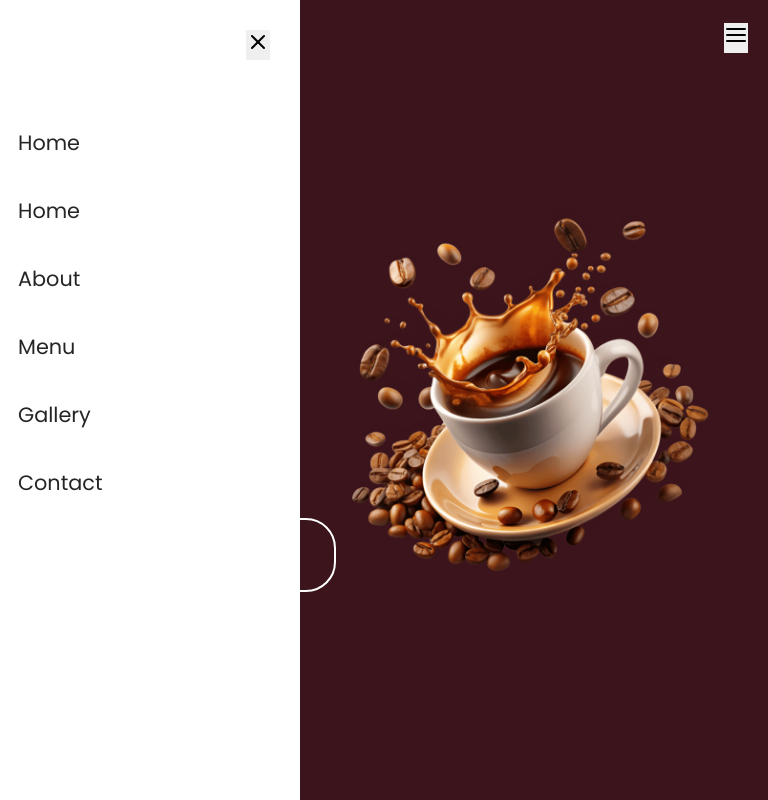
Repository: guilhermecardoso93/coffe-site-vite
Page: /
These files come from the project's save history. The page is drawn as it stood at one moment and after the next save; the edit follows.
The browser window is 768 px wide. The pictures show the whole page.
Some web fonts or font styles are not loaded; a fallback is used. The project was rebuilt for these pictures with package versions that can differ from the ones it lists, and the page was loaded fresh each time. Also part of the build but not shown: vite.config.js.

Above is the page before, as saved 2024-11-18 20:08:01.

### index.html
<!doctype html>
<html lang="en">

<head>
    <meta charset="UTF-8" />
    <link rel="icon" type="image/svg+xml" href="/vite.svg" />
    <link rel="preconnect" href="https://fonts.googleapis.com">
    <link rel="preconnect" href="https://fonts.gstatic.com" crossorigin>
    <link href="https://fonts.googleapis.com/css2?family=Miniver&family=Poppins:ital,wght@0,100;0,200;0,300;0,400;0,500;0,600;0,700;0,800;0,900;1,100;1,200;1,300;1,400;1,500;1,600;1,700;1,800;1,900&display=swap" rel="stylesheet">
    <meta name="viewport" content="width=device-width, initial-scale=1.0" />
    <title>Coffee WebSite</title>
</head>

<body>
    <div id="root"></div>
    <script type="module" src="/src/main.jsx"></script>
</body>

</html>

### src/main.jsx
import { StrictMode } from "react";
import { createRoot } from "react-dom/client";
import { App } from "./App.jsx";

import "./index.css";

createRoot(document.getElementById("root")).render(
  <StrictMode>
    <App />
  </StrictMode>
);

### src/App.jsx
import { Navbar } from "./components/Navbar";
import { Hero } from "./components/Hero";

export function App() {
  return (
    <>
      <Navbar />
      <Hero />
    </>
  );
}

### src/index.css
:root {
  font-synthesis: none;
  text-rendering: optimizeLegibility;
  -webkit-font-smoothing: antialiased;
  -moz-osx-font-smoothing: grayscale;

  --white-color: #fff;
  --dark-color: #252525;
  --primary-color: #3b141c;
  --secondary-color: #f3961c;
  --light-pink-color: #faf4f5;
  --medium-gray-color: #ccc;

  --font-size-s: 0.9rem;
  --font-size-n: 1rem;
  --font-size-m: 1.12rem;
  --font-size-l: 1.5rem;
  --font-size-xl: 2rem;
  --font-size-xxl: 2.3rem;

  --font-weight-normal: 400;
  --font-weight-medium: 500;
  --font-weight-semibold: 600;
  --font-weight-bold: 700;

  --border-radius-s: 8px;
  --border-radius-m: 30px;
  --border-radius-circle: 50%;

  --site-max-width: 1300px;
}

* {
  padding: 0;
  margin: 0;
  box-sizing: border-box;
  font-family: "Poppins", sans-serif;
}

ul {
  list-style: none;
}

a {
  text-decoration: none;
}

button {
  cursor: pointer;
  border: none;
  background-color: none;
}

img {
  width: 100%;
}

.section-content {
  margin: 0 auto;
  padding: 0 20px;
  max-width: var(--site-max-width);
}


@media screen and (max-width: 900px) {
  :root {
    --font-size-s: 0.9rem;
    --font-size-n: 1rem;
    --font-size-m: 1rem;
    --font-size-l: 1.3rem;
    --font-size-xl: 1.5rem;
    --font-size-xxl: 1.8rem;
  }
}

### src/components/Navbar/index.jsx
import X from "../../assets/x.svg";
import Menu from "../../assets/menu.svg";
import "./styles.css";

export function Navbar() {
  return (
    <header>
      <nav className="navbar section-content">
        <a href="/" className="nav-logo">
          <h2 className="logo-text">☕Coffee</h2>
        </a>
        <ul className="nav-menu">
          <button id="menu-close-button">
            <img src={X} alt="" />
          </button>
          <li className="nav-item">
            <a href="/" className="nav-link">
              Home
            </a>
          </li>
          <li className="nav-item">
            <a href="/" className="nav-link">
              Home
            </a>
          </li>
          <li className="nav-item">
            <a href="/" className="nav-link">
              About
            </a>
          </li>
          <li className="nav-item">
            <a href="/" className="nav-link">
              Menu
            </a>
          </li>
          <li className="nav-item">
            <a href="/" className="nav-link">
              Gallery
            </a>
          </li>
          <li className="nav-item">
            <a href="/" className="nav-link">
              Contact
            </a>
          </li>
        </ul>
        <button id="menu-open-button">
          <img src={Menu} alt="" />
        </button>
      </nav>
    </header>
  );
}

### src/components/Hero/index.jsx
import heroImg from "../../assets/images/coffee-hero-section.png";
import "./styles.css";

export function Hero() {
  return (
    <main>
      <section className="hero-section">
        <div className="section-content-hero">
          <div className="hero-details">
            <h2 className="title">Best Coffee</h2>
            <h3 className="subtitle">
              Make your day great with our special coffee!
            </h3>
            <p className="description">
              Welcome to uor coffee paradise, where every tells a story end
              every cup sparks joy.
            </p>
            <div className="buttons">
              <a href="#" className="button order-now">
                {" "}
                Order Now
              </a>
              <a href="#" className="button contact-us">
                {" "}
                Contact Now
              </a>
            </div>
          </div>
          <div className="hero-mage-wrapper">
            <img src={heroImg} alt="" className="hero-image" />
          </div>
        </div>
      </section>
    </main>
  );
}

### src/components/Navbar/styles.css
header {
  position: fixed;
  width: 100%;
  z-index: 5;
  background-color: var(--primary-color);
}

header .navbar {
  display: flex;
  align-items: center;
  justify-content: space-between;
  padding: 20px;
}

.navbar .nav-logo .logo-text {
  color: var(--white-color);
  font-size: var(--font-size-xl);
  font-weight: var(--font-weight-semibold);
}

.navbar .nav-menu {
  display: flex;
  gap: 10px;
}

.navbar .nav-menu .nav-link {
  color: var(--white-color);
  padding: 10px 18px;
  background-color: var(--secondary-color);
  border-radius: var(--border-radius-m);
  font-size: var(--font-size-m);
  transition: 0.3s ease;
}

.navbar .nav-menu .nav-link:hover {
  color: var(--primary-color);
  background-color: var(--secondary-color);
}

@media screen and (max-width: 900px) {
  .nav-bar :where(#menu-close-button, #menu-open-button) {
    font-size: var(--font-size-l);
  }

  #menu-close-button {
    position: absolute;
    right: 30px;
    top: 30px;
  }

  .navbar .nav-menu {
    display: block;
    position: fixed;
    left: 0;
    top: 0;
    width: 300px;
    height: 100%;
    align-items: center;
    padding-top: 100px;
    margin: 0 auto;
    background: var(--white-color);
  }

  .navbar .nav-menu .nav-link {
    display: block;
    margin-top: 17px;
    color: var(--dark-color);
    font-size: var(--font-size-l);
    background-color: var(--white-color);
  }
}

### src/components/Hero/styles.css
.hero-section {
  min-height: 100vh;
  background-color: var(--primary-color);
}

.hero-section .section-content-hero {
  display: flex;
  align-items: center;
  min-height: 100vh;
  color: var(--white-color);
  justify-content: space-between;
  padding-top: 5rem;
  margin: 0 auto;
  padding: 0 20px;
  max-width: var(--site-max-width);
}

.hero-section .hero-details .title {
  font-size: var(--font-size-xxl);
  color: var(--secondary-color);
  font-weight: var(--font-weight-bold);
  font-family: "Miniver", sans-serif;
}

.hero-section .hero-details .subtitle {
  font-size: var(--font-size-xl);
  margin-top: 8px;
  max-width: 70%;
  font-weight: var(--font-weight-semibold);
}

.hero-section .hero-details .description {
  max-width: 70%;
  margin: 24px 0 40px;
  font-size: var(--font-size-m);
}

.hero-section .buttons {
  display: flex;
  gap: 23px;
}

.hero-section .hero-details .button {
  padding: 10px 26px;
  color: var(--primary-color);
  border: 2px solid transparent;
  border-radius: var(--border-radius-m);
  background-color: var(--secondary-color);
  font-weight: var(--font-weight-medium);
  transition: 0.3s ease;
}

.hero-section .hero-details .button:hover,
.hero-section .hero-details .contact-us {
  color: var(--white-color);
  border-color: var(--white-color);
  background: transparent;
}

.hero-section .hero-details .contact-us:hover {
  color: var(--primary-color);
  border-color: var(--secondary-color);
  background-color: var(--secondary-color);
}

.hero-mage-wrapper {
  max-width: 500px;
  margin-right: 30px;
}

@media screen and (max-width: 900px) {
  .navbar .nav-menu {
    display: block;
    position: fixed;
    left: 0;
    top: 0;
    width: 300px;
    height: 100%;
    background-color: var(--white-color);
  }
}

After the next save:
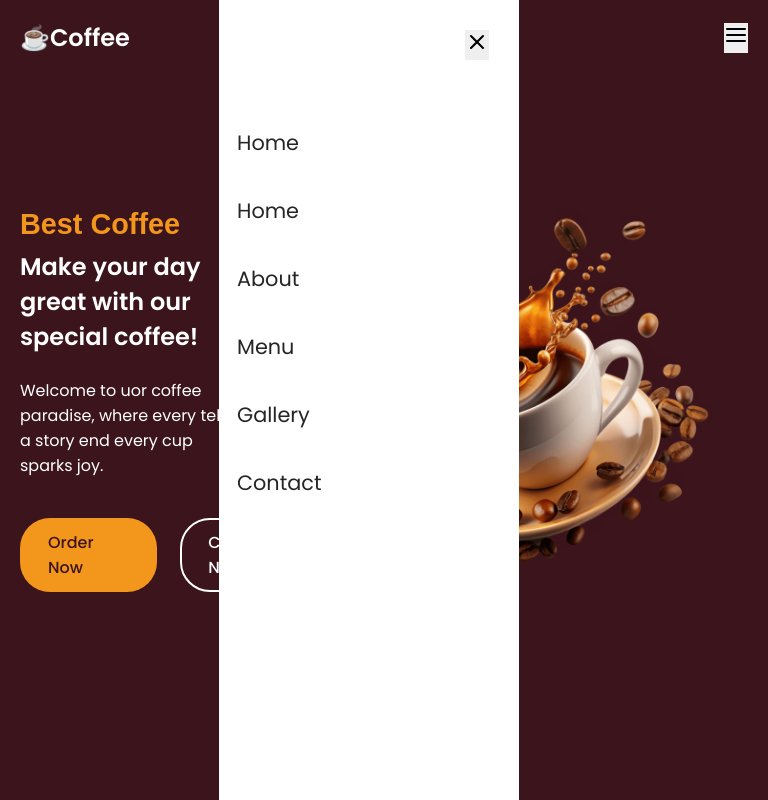
Saved 9 s later.
--- a/src/components/Navbar/styles.css
+++ b/src/components/Navbar/styles.css
@@ -51,8 +51,8 @@
   .navbar .nav-menu {
     display: block;
     position: fixed;
-    left: 0;
-    top: 0;
+    right: 30px;
+    top: 30px;
     width: 300px;
     height: 100%;
     align-items: center;

After the save that followed:
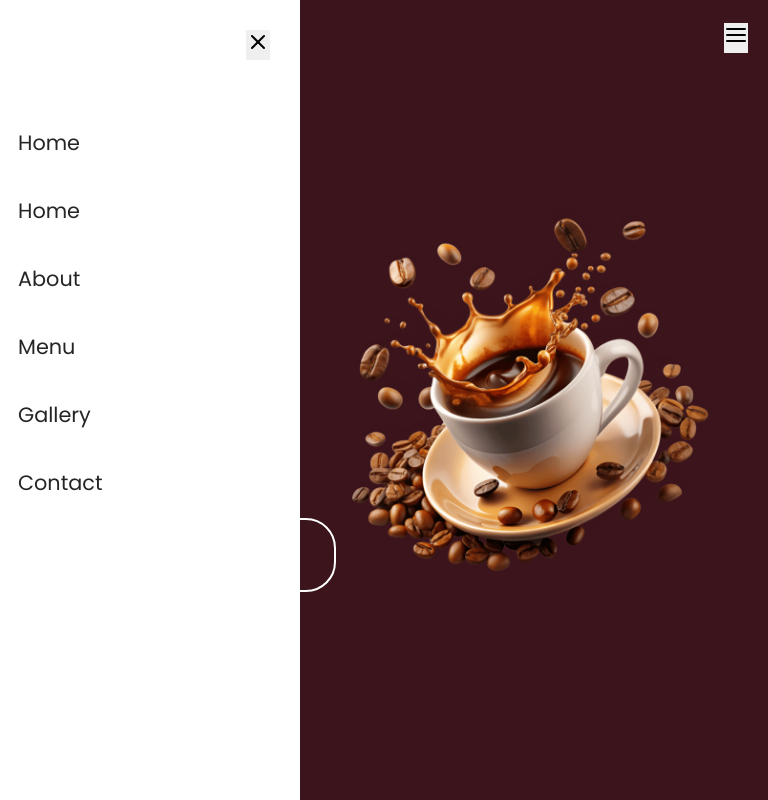
Saved 11 s later.
--- a/src/components/Navbar/styles.css
+++ b/src/components/Navbar/styles.css
@@ -51,8 +51,8 @@
   .navbar .nav-menu {
     display: block;
     position: fixed;
-    right: 30px;
-    top: 30px;
+    left: 0;
+    top: 0;
     width: 300px;
     height: 100%;
     align-items: center;
